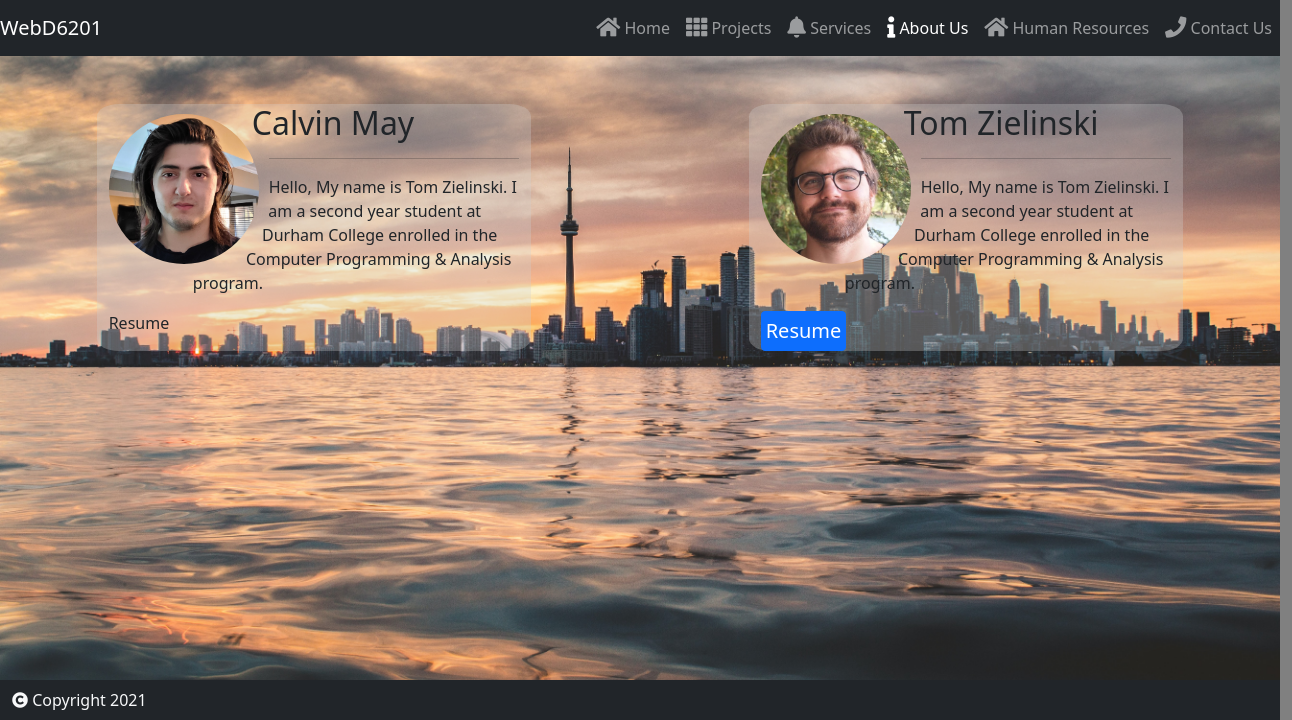
Repository: Tomelinski/Webd6201-Lab02
Page: about.html
The author's editor kept a copy of each file at every save. The page is drawn from the files as they stood at one save, then again after the next save.
The browser window is 1280 px wide. The page is 1292 px wide, so the pictures cover 1292 px, including what lies to the right of the window. The pictures show the whole page.

Above is the page before, as saved 2021-02-05 19:26:45.

After the next save:
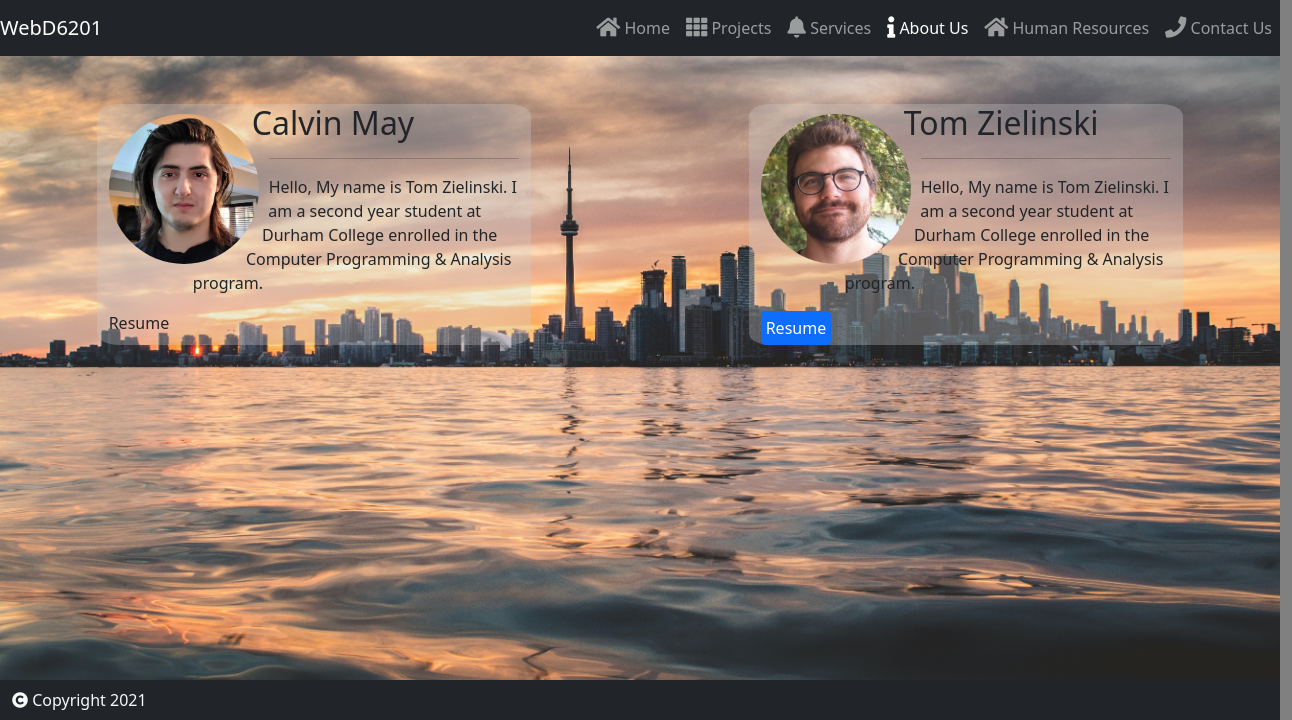
Saved 11 s later.
--- a/Scripts/app.js
+++ b/Scripts/app.js
@@ -81,7 +81,7 @@
         aboutTom.innerHTML = `<hr/><p>Hello, My name is Tom Zielinski. I am a second year student at Durham College enrolled in the Computer Programming & Analysis program.</p>`;
         tomResume.setAttribute("href", "../files/resumes/Tom_Resume.pdf");
         tomResume.setAttribute("download", "");
-        tomResume.setAttribute("class", "btn btn-primary p-1 bg-primary text-white rounded rounded-2 navbar-brand");
+        tomResume.setAttribute("class", "btn btn-primary p-1 bg-primary text-white rounded rounded-2");
         tomResume.textContent = "Resume";
 
         // Insert the Elements within the about-tom div

After the save that followed:
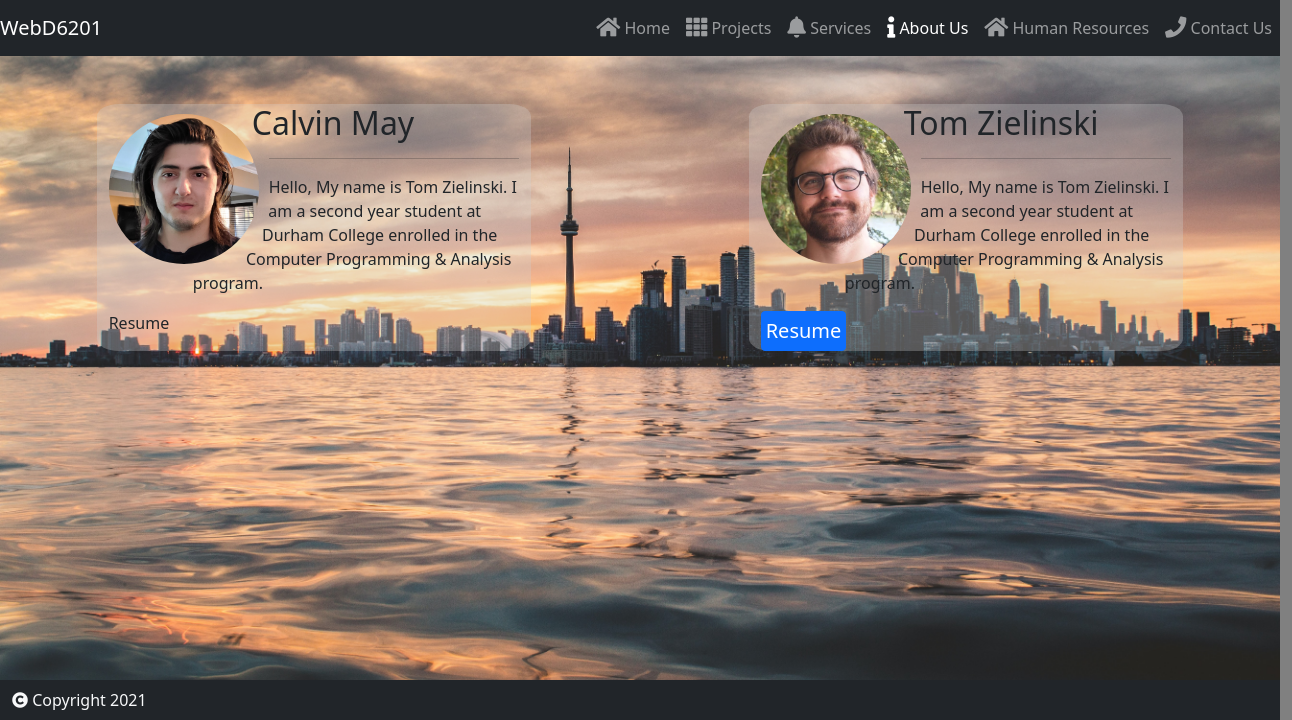
Saved 6 s later.
--- a/Scripts/app.js
+++ b/Scripts/app.js
@@ -81,7 +81,7 @@
         aboutTom.innerHTML = `<hr/><p>Hello, My name is Tom Zielinski. I am a second year student at Durham College enrolled in the Computer Programming & Analysis program.</p>`;
         tomResume.setAttribute("href", "../files/resumes/Tom_Resume.pdf");
         tomResume.setAttribute("download", "");
-        tomResume.setAttribute("class", "btn btn-primary p-1 bg-primary text-white rounded rounded-2");
+        tomResume.setAttribute("class", "btn btn-primary p-1 bg-primary text-white rounded rounded-2 navbar-brand");
         tomResume.textContent = "Resume";
 
         // Insert the Elements within the about-tom div
